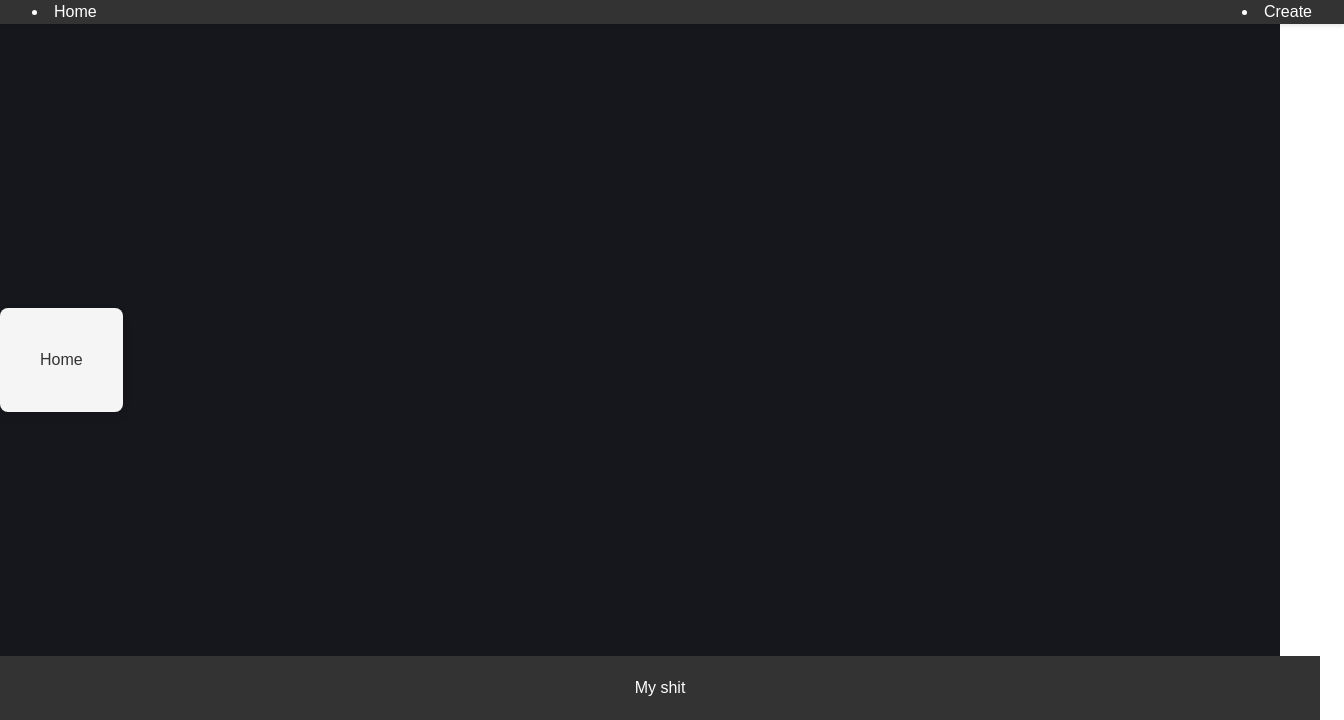
Repository: CarlosFranchN/myReact-supabase
Page: /
An editor plug-in stored every save of this project. The page is shown before and after a run of saves, followed by the edit.
The browser window is 1280 px wide. The page is 1344 px wide, then 1280 px, so the pictures cover 1344 px, including what lies to the right of the window. The pictures show the whole page.
The project was rebuilt for these pictures with package versions that can differ from the ones it lists, and the page was loaded fresh each time. Also part of the build but not shown: vite.config.js, src/pages/Create/index.jsx.

Above is the page before, as saved 2024-11-14 13:45:01.

### src/App.jsx

import { BrowserRouter, Route, Routes } from 'react-router-dom'
import './App.css'
import { Home } from './pages/Home/Home'
import { Layout } from './components/Layout'
import { Create } from './pages/Create'

function App() {


  return (
    <>
      <BrowserRouter>
        <Routes>
          <Route path='/' element={<Layout/>} >
            <Route index element={<Home/>} />
            <Route path='/create' element={<Create/>} />

          </Route>
        </Routes>
      </BrowserRouter>
    </>
  )
}

export default App

### src/App.css
body {
  background-color: #16161d;
  color: white;
}
section {
  display: grid;
  grid-template-columns: repeat(3, 1fr);
  gap: 10px;
}
section div {
  background-color: #17176b;
  padding: 20px;
  border-radius: 15px;
  margin: 15px;
  color: rgb(255, 255, 255);
}
a {
  text-decoration: none;
  color: rgb(255, 255, 255);
}

### src/pages/Home/Home.jsx
import React from 'react'
import supabase from '../../config/supaBaseClient'


export const Home = () => {
    console.log(supabase)
    return (
    <div>Home</div>
  )
}

### src/components/Layout/index.jsx
import React from 'react'
import { LayoutCabecalho, LayoutFooter, LayoutFooterP, LayoutMain } from './style'
import {Link, Outlet } from 'react-router-dom'
import styled from 'styled-components'

export const Layout = () => {
  return (
    <>
        <nav>
            <LayoutCabecalho>
            <li>
                <Link to={"/"}>Home</Link>
                </li>
                <li>
                <Link to={"/create"}>Create</Link>
                </li>


            </LayoutCabecalho>
        </nav>
        <LayoutMain>
            <Outlet/>
        </LayoutMain>
        <LayoutFooter>
            <LayoutFooterP>My shit</LayoutFooterP>
        </LayoutFooter>
    </>
  )
}

### src/config/supaBaseClient.jsx

import { createClient } from '@supabase/supabase-js'

const supabaseUrl = 'https://ytabyfdnpzqccxsfantj.supabase.co'
const supabaseKey = 'eyJhbGciOiJIUzI1NiIsInR5cCI6IkpXVCJ9.eyJpc3MiOiJzdXBhYmFzZSIsInJlZiI6Inl0YWJ5ZmRucHpxY2N4c2ZhbnRqIiwicm9sZSI6ImFub24iLCJpYXQiOjE3MzE0NjY3MzQsImV4cCI6MjA0NzA0MjczNH0.feVRQBaTaEatsVG9XK4t162-65IogKVRz1hbNMabCec'
const supabase = createClient(supabaseUrl, supabaseKey)

export default supabase

### src/components/Layout/style.jsx
import styled from "styled-components";

export const LayoutCabecalho = styled.header`
  display: flex;
  justify-content: space-between;
  align-items: center;
  width: 100vw;
  background-color: #333;
  color: #fff;
  padding: 0 2rem;
  text-align: center;
  font-family: Arial, sans-serif;
  box-shadow: 0 2px 4px rgba(0, 0, 0, 0.1);
  position: absolute;
  top: 0;

`;

export const LayoutFooter = styled.footer`
     background-color: #333; /* Cor de fundo */
    color: #fff; /* Cor do texto */
    text-align: center; /* Centraliza o texto */
    padding: 20px; /* Espaçamento interno */
    position: fixed; /* Fixa o footer na parte inferior da tela */
    width: 100%; /* Ocupa 100% da largura */
    bottom: 0; /* Fica grudado no final da página */
    font-size: 16px; /* Tamanho da fonte */
    font-family: Arial, sans-serif; /* Fonte */
`
export const LayoutFooterP = styled.p`
     margin: 0;

`

export const LayoutMain = styled.main`
     background-color: #f5f5f5; /* Cor de fundo */
  padding: 40px; /* Espaçamento interno */
  margin: 20px auto; /* Espaçamento externo */
  max-width: 1200px; /* Largura máxima da área de conteúdo */
  border-radius: 8px; /* Bordas arredondadas */
  box-shadow: 0 4px 8px rgba(0, 0, 0, 0.1); /* Sombra leve ao redor */
  font-family: Arial, sans-serif; /* Fonte */
  color: #333; /* Cor do texto */
`

Loaded but not shown: index.html (common file); src/main.jsx (common file); src/index.css (common file)

After the next 2 saves:
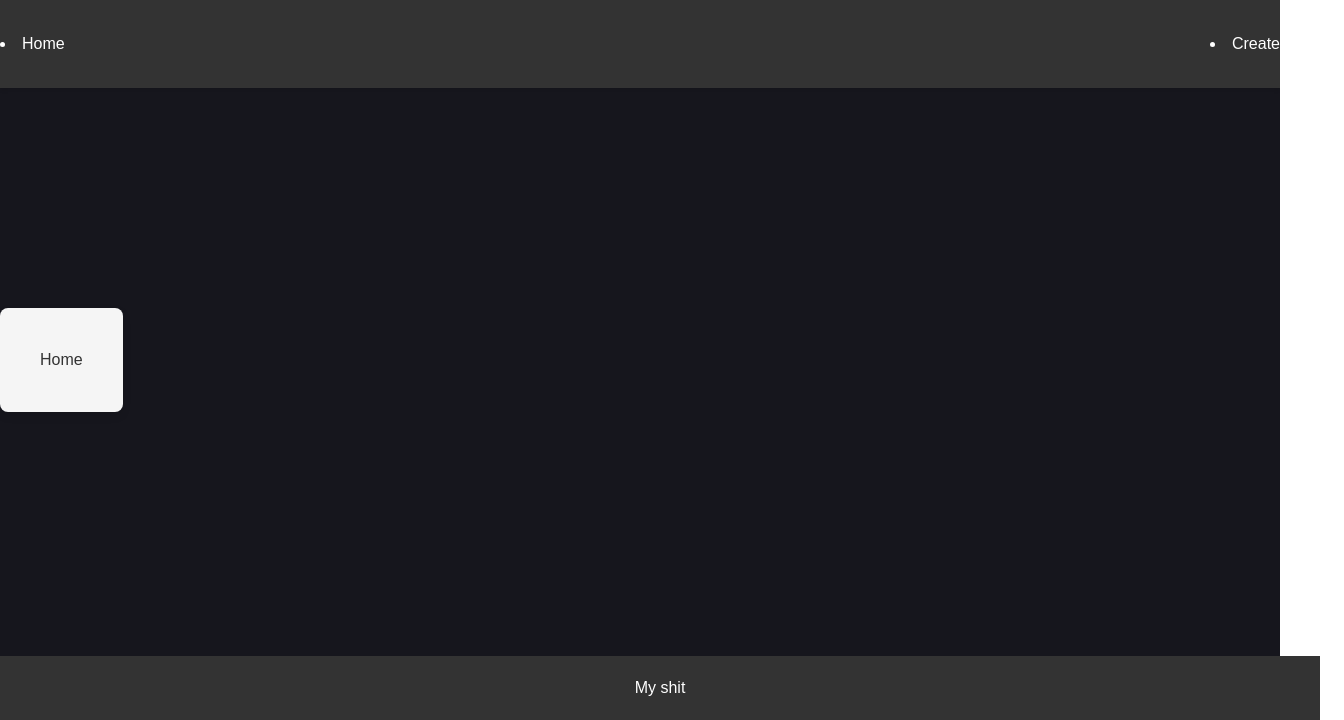
The 2 saves are shown as one change because they came seconds apart.
The last was saved 5 s later.
--- a/src/components/Layout/style.jsx
+++ b/src/components/Layout/style.jsx
@@ -7,7 +7,7 @@ export const LayoutCabecalho = styled.header`
   width: 100vw;
   background-color: #333;
   color: #fff;
-  padding: 0 2rem;
+  padding: 2rem 0 ;
   text-align: center;
   font-family: Arial, sans-serif;
   box-shadow: 0 2px 4px rgba(0, 0, 0, 0.1);
